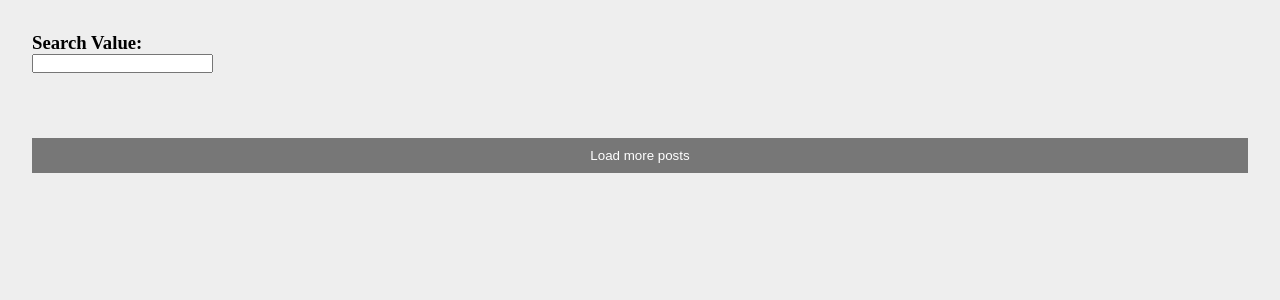
Repository: RobertoBaiochi/project-1
Page: /
The author's editor kept a copy of each file at every save. The page is drawn from the files as they stood at one save, then again after a run of saves.
The browser window is 1280 px wide. The pictures show the whole page.
The page's requests for data from a server got no answer. The project was rebuilt for these pictures with package versions that can differ from the ones it lists, and the page was loaded fresh each time. No one was signed in, and anything a server would have sent is missing. Also part of the build but not shown: src/components/PostCard/styles.css, src/components/PostCard/index.jsx.

Above is the page before, as saved 2022-11-18 01:24:46.

After the next 2 saves:
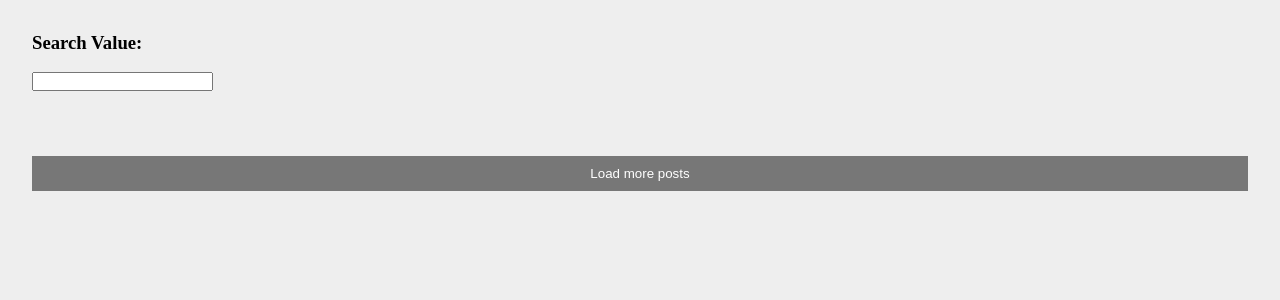
The 2 saves are shown as one change because they came seconds apart.
The last was saved 15 s later.
--- a/src/templates/Home/index.jsx
+++ b/src/templates/Home/index.jsx
@@ -55,7 +55,7 @@ class Home extends Component {
 
     return (
       <section className='container'>
-        <h3>Search Value: {searchValue}</h3>
+        <h3>Search Value: {searchValue}</h3><br />
         <input
           value={searchValue}
           onChange={this.handleChange}
